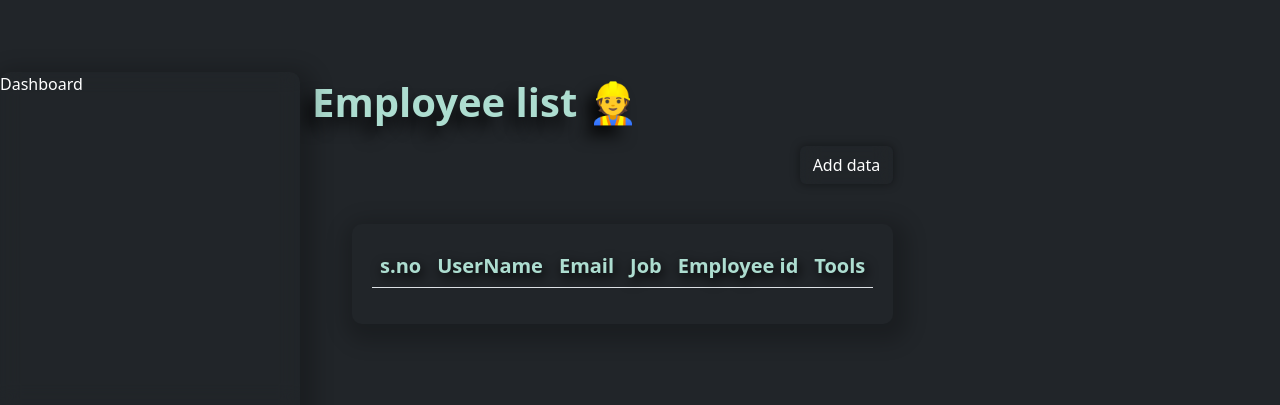
Repository: iamevs/Employee-Management-System
Page: /home (app in client/)
The author's editor kept a copy of each file at every save. The page is drawn from the files as they stood at one save, then again after the next save.
The browser window is 1280 px wide. The pictures show the whole page.
The page's requests for data from a server got no answer. The project was rebuilt for these pictures with package versions that can differ from the ones it lists, and the page was loaded fresh each time. No one was signed in, and anything a server would have sent is missing. Also part of the build but not shown: client/vite.config.js, client/src/components/Register.jsx, client/src/components/Edit.jsx, client/src/components/Hero.jsx. Imported but missing from the stored project, and not drawn on this page: client/src/components/Details.

Above is the page before, as saved 2022-11-29 01:36:12.

After the next save:
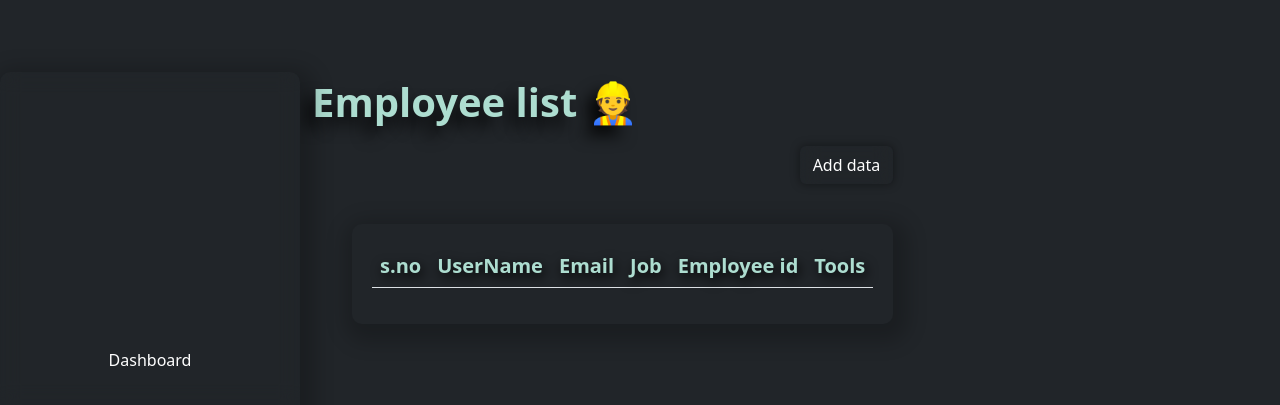
Saved 28 s later.
--- a/client/src/components/Navbar.jsx
+++ b/client/src/components/Navbar.jsx
@@ -44,7 +44,7 @@ const Navbar = () => {
         //         </Box>
         //     </Box>
         // </Stack>
-        <Stack direction={"column"} sx={{
+        <Stack direction={"column"} justifyContent={"center"} alignItems={"center"} sx={{
             backgroundColor: "transparent",
             backdropFilter: "blur(10px) !important",
             position: "relative",
